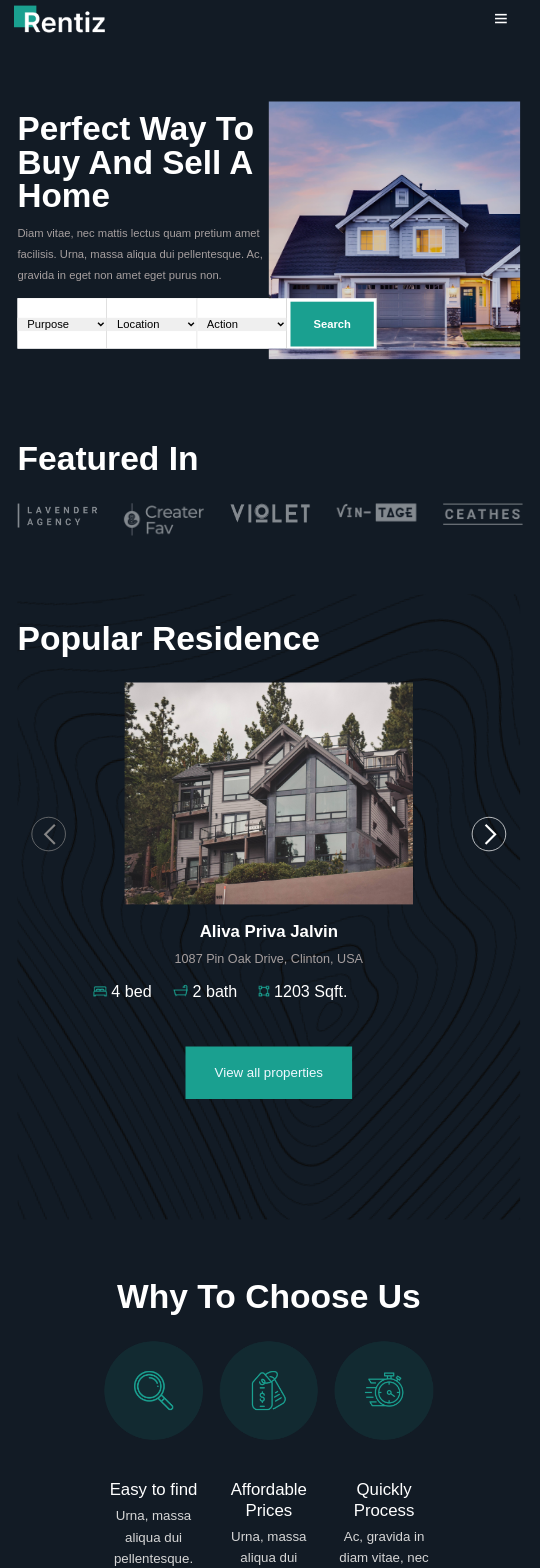
Repository: tung1233hhhhhhhhhhhhh/WebClone-Home
Page: index.html
An editor plug-in stored every save of this project. The page is shown before and after the next save, followed by the edit.
The browser window is 768 px wide. The page is 772 px wide, so the pictures cover 772 px, including what lies to the right of the window. The pictures show the part of the page from y = 0 to 2240 px (the page is 4353 px tall), at 70% of full size.

Above is the page before, as saved 2023-05-30 19:28:18.

After the next save:
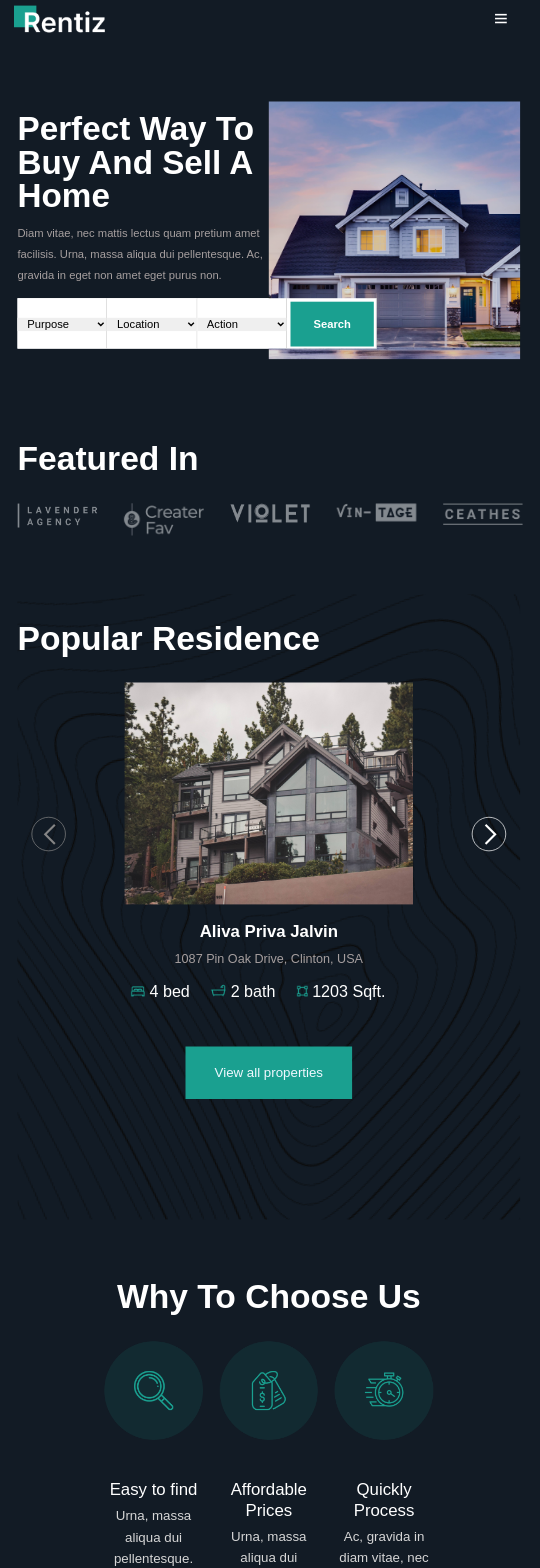
Saved 91 s later.
--- a/assets/css/responsive.css
+++ b/assets/css/responsive.css
@@ -120,6 +120,10 @@
 
     }
 
+    .card-text .card-logo ul {
+        justify-content: center;
+    }
+
 
 
 
